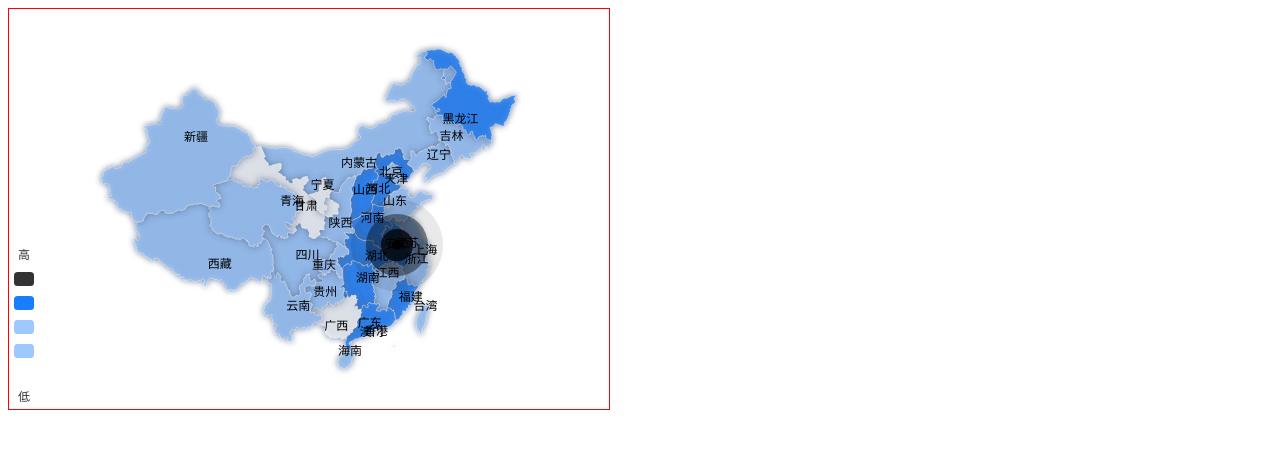
Repository: 572031690/echartssimple
Page: 21.地图常见效果_地图和散点图结合.html
These files come from the project's save history. The page is drawn as it stood at one moment and after the next save; the edit follows.
The browser window is 1280 px wide. The pictures show the whole page.

Above is the page before, as saved 2021-08-11 11:38:30.

### 21.地图常见效果_地图和散点图结合.html
<!DOCTYPE html>
<html lang="en">

<head>
  <meta charset="UTF-8">
  <meta name="viewport" content="width=device-width, initial-scale=1.0">
  <meta http-equiv="X-UA-Compatible" content="ie=edge">
  <title>Document</title>
  <script src="lib/echarts.min.js"></script>
  <script src="lib/jquery.min.js"></script>
</head>

<body>
  <div style="width: 600px;height:400px;border: 1px solid #f00"></div>

  <script>
    //1. 给series下增加一个新的对象
    //2. 准备数据散点数据  , 配置给series下的另外一个对象
    //3. 配置series下的新对象的type值为effectScatter
    //4. 指明散点图的坐标系统为geo
    //5. 调整涟漪动画效果
    var airData = [
      { name: '北京', value: 39.92 },
      { name: '天津', value: 39.13 },
      { name: '上海', value: 31.22 },
      { name: '重庆', value: 66 },
      { name: '河北', value: 147 },
      { name: '河南', value: 113 },
      { name: '云南', value: 25.04 },
      { name: '辽宁', value: 50 },
      { name: '黑龙江', value: 114 },
      { name: '湖南', value: 175 },
      { name: '安徽', value: 117 },
      { name: '山东', value: 92 },
      { name: '新疆', value: 84 },
      { name: '江苏', value: 67 },
      { name: '浙江', value: 84 },
      { name: '江西', value: 96 },
      { name: '湖北', value: 273 },
      { name: '广西', value: 0 },
      { name: '甘肃', value: 0 },
      { name: '山西', value: 39 },
      { name: '内蒙古', value: 58 },
      { name: '陕西', value: 61 },
      { name: '吉林', value: 51 },
      { name: '福建', value: 29 },
      { name: '贵州', value: 71 },
      { name: '广东', value: 38 },
      { name: '青海', value: 57 },
      { name: '西藏', value: 24 },
      { name: '四川', value: 58 },
      { name: '宁夏', value: 0 },
      { name: '海南', value: 54 },
      { name: '台湾', value: 88 },
      { name: '香港', value: 66 },
      { name: '澳门', value: 77 },
      { name: '南海诸岛', value: 55 }
    ]
    var scatterData = [
      {
        value: [117.283042, 31.86119]
      }
    ]
    var mCharts = echarts.init(document.querySelector("div"))
    $.get('json/map/china.json', function (ret) {
      // ret 就是中国的各个省份的矢量地图数据
      console.log(ret)
      echarts.registerMap('chinaMap', ret)
      var option = {
        geo: {
          type: 'map',
          map: 'chinaMap', // chinaMap需要和registerMap中的第一个参数保持一致
          roam: true, // 设置允许缩放以及拖动的效果
          label: {
            show: true // 展示标签
          },
          itemStyle: {
            normal: {
              areaColor: '#416cbb',//地图区域的颜色。
              borderColor: '#fff',//图形的描边颜色。支持的颜色格式同 color，不支持回调函数。
              shadowColor: '#41587f',//阴影颜色。
              shadowBlur: 6,//图形阴影的模糊大小。
              opacity: 0.75//图形透明度
            },
            emphasis: {
              areaColor: '#fdd145'
            }
          }
        },
        series: [
          {
            data: airData,
            geoIndex: 0, // 将空气质量的数据和第0个geo配置关联在一起
            type: 'map'
          },
          {
            data: scatterData, // 配置散点的坐标数据
            type: 'effectScatter',
            coordinateSystem: 'geo', // 指明散点使用的坐标系统  geo的坐标系统
            rippleEffect: {
              scale: 10 // 设置涟漪动画的缩放比例
            }
          }
        ],
        visualMap: {
          min: 0,
          max: 300,
          text: ['高', '低'],//两端的文本，如 ['High', 'Low']
          // inRange: {
          //   color: ['#B8E2FF','#9DC9FF','#6CADFF','#187EFF', '##0357C2'] // 控制颜色渐变的范围
          // },

          pieces: [
          //   // 自定义『分段式视觉映射组件（visualMapPiecewise）』的每一段的范围，以及每一段的文字，以及每一段的特别的样式
          //   { gt: 100000, lte: 1000000000, label: "100000~1000000000", color: "#6ad86e" }, // (900, 1000]
            { gt: 200, lte: 300, label: "10000~100000", color: "##0357C2" }, // (500, 900]
            { gt: 100, lte: 200, label: "1000~10000", color: "#187EFF" }, // (310, 500]
            { gt: 50, lte: 100, label: "10~1000", color: "#9DC9FF" }, // (200, 300]
            { gt: 0, lte: 50, label: "0~10人", color: "B8E2FF" }, // (10, 200]
            { value:0, label: "无数据", color: "#fff" } // [0]
          ],

          // calculable: true // 出现滑块
        }
      }
      mCharts.setOption(option)
    })

  </script>
</body>

</html>

Loaded but not shown: lib/echarts.min.js (library); lib/jquery.min.js (library); json/map/china.json (common file)

After the next save:
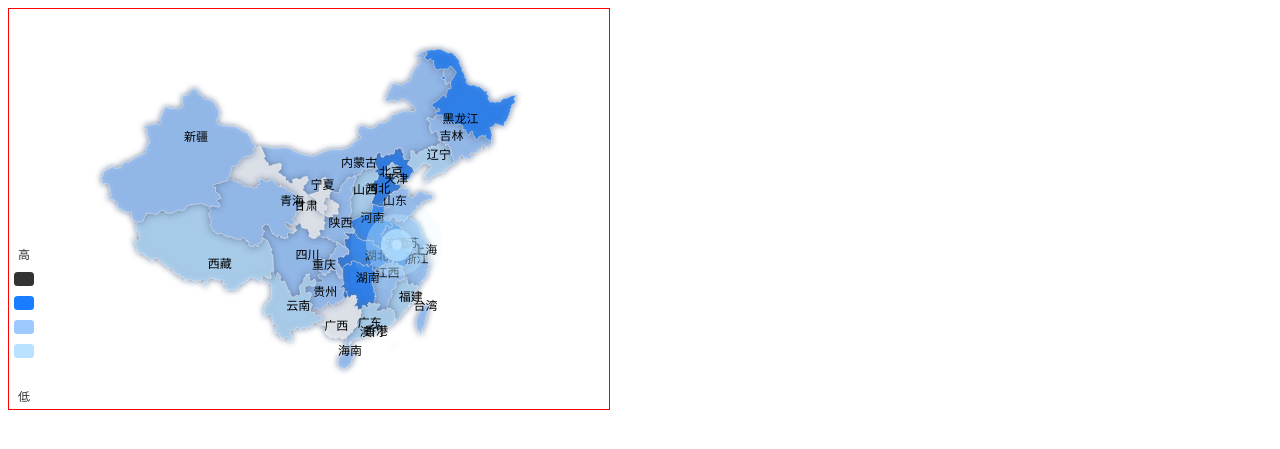
Saved 54 s later.
--- a/21.地图常见效果_地图和散点图结合.html
+++ b/21.地图常见效果_地图和散点图结合.html
@@ -116,7 +116,7 @@
             { gt: 200, lte: 300, label: "10000~100000", color: "##0357C2" }, // (500, 900]
             { gt: 100, lte: 200, label: "1000~10000", color: "#187EFF" }, // (310, 500]
             { gt: 50, lte: 100, label: "10~1000", color: "#9DC9FF" }, // (200, 300]
-            { gt: 0, lte: 50, label: "0~10人", color: "B8E2FF" }, // (10, 200]
+            { gt: 0, lte: 50, label: "0~10人", color: "#B8E2FF" }, // (10, 200]
             { value:0, label: "无数据", color: "#fff" } // [0]
           ],
 
